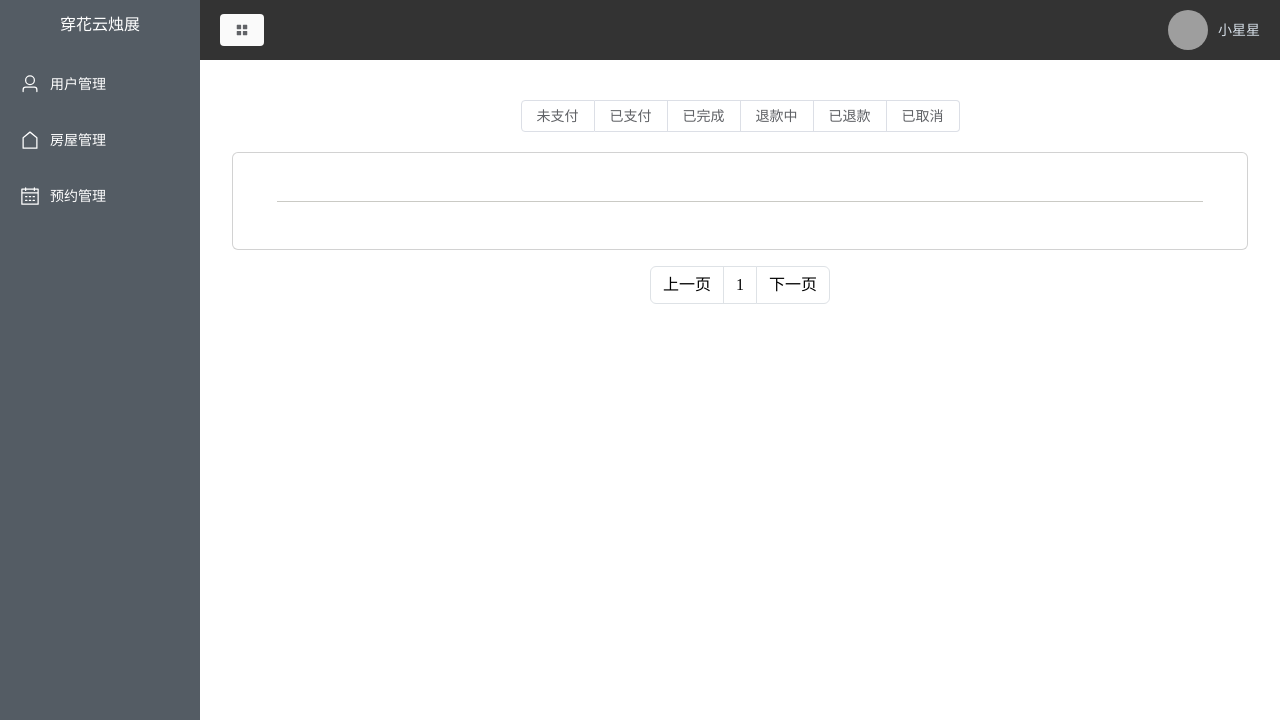
Repository: 3403784285-lucky/test-vue-big
Page: /manage/preview
The author's editor kept a copy of each file at every save. The page is drawn from the files as they stood at one save, then again after the next save.
The browser window is 1280 px wide. The pictures show the whole page.
Pictures or frames that could not be fetched are drawn as grey boxes. The page's requests for data from a server got no answer. The project was rebuilt for these pictures with package versions that can differ from the ones it lists, and the page was loaded fresh each time. No one was signed in, and anything a server would have sent is missing. Also part of the build but not shown: vite.config.js, src/components/HelloWorld.vue, src/components/WelcomeItem.vue, src/components/icons/IconDocumentation.vue, src/components/icons/IconTooling.vue, src/components/icons/IconEcosystem.vue, src/components/icons/IconCommunity.vue, src/components/icons/IconSupport.vue and 2 more. Imported but missing from the stored project, and not drawn on this page: src/views/user/UserPassword.vue.

Above is the page before, as saved 2024-06-22 11:23:19.

### src/main.js
/*
 * @Author: 3403784285-lucky 147294730+3403784285-lucky@users.noreply.github.com
 * @Date: 2023-11-22 15:07:09
 * @LastEditors: 3403784285-lucky 147294730+3403784285-lucky@users.noreply.github.com
 * @LastEditTime: 2023-12-07 16:18:51
 * @FilePath: \test-vue-big\src\main.js
 * @Description: 这是默认设置,请设置`customMade`, 打开koroFileHeader查看配置 进行设置: https://github.com/OBKoro1/koro1FileHeader/wiki/%E9%85%8D%E7%BD%AE
 */
import { createApp } from 'vue'
import pinia from './stores'
import App from './App.vue'
import router from './router'
import '@/assets/main.scss'
import 'jquery/dist/jquery.min'
import 'bootstrap/dist/css/bootstrap.css'
import 'bootstrap/dist/js/bootstrap'
import 'bootstrap/dist/js/bootstrap.bundle.min' // 注意这里使用了 bundle 版本，它包含了 Popper.js
import '@/assets/font/iconfont.css'

import ElementPlus from 'element-plus'//引入Element Plus库，用于创建UI界面
import 'element-plus/dist/index.css'//引入Element Plus库的CSS样式表
const app = createApp(App)
//带有凭证，跨域操作
// axios.defaults.withCredentials = true
app.use(pinia)
app.use(router)

app.use(ElementPlus);
app.mount('#app')

import * as ELIcons from '@element-plus/icons-vue'
// 全局导入element plus图标
for (let iconName in ELIcons) {
    app.component(iconName, ELIcons[iconName])
}

### src/stores/index.js
//pinia独立维护

import { createPinia } from 'pinia'
import { defineStore } from 'pinia';

import persist from 'pinia-plugin-persistedstate'
const pinia = createPinia()

pinia.use(persist)
//统一导出
export default pinia
export * from './modules/user'
export * from './modules/counter'

export * from './modules/time'
export const useButtonStore = defineStore('button', {
    state: () => ({
        fromButton: false
    }),
    actions: {
        setFromButton(value) {
            this.fromButton = value;
        }
    }
});

### src/App.vue
<script setup>


</script>

<template>
  <router-view ></router-view>
</template>

<style scoped>

*{
  padding: 0;
  margin: 0;
}


</style>
<!-- "lint-staged": {
       "*.{js,ts,vue}": [
         "eslint --fix"
       ]
     } -->

### src/assets/main.scss
body{
    margin: 0;
    background-color: #f5f5f5;
}
// fade-slide

### src/assets/font/iconfont.css
@font-face {
  font-family: "iconfont"; /* Project id 4248113 */
  src: url('iconfont.woff2?t=1702733858370') format('woff2'),
       url('iconfont.woff?t=1702733858370') format('woff'),
       url('iconfont.ttf?t=1702733858370') format('truetype');
}

.iconfont {
  font-family: "iconfont" !important;
  font-size: 16px;
  font-style: normal;
  -webkit-font-smoothing: antialiased;
  -moz-osx-font-smoothing: grayscale;
}

.icon-shouye:before {
  content: "\e614";
}

.icon-weizhi:before {
  content: "\e615";
}

.icon-jinggao:before {
  content: "\e627";
}

.icon-yishoucang:before {
  content: "\e622";
}

.icon-shangchuangequ:before {
  content: "\e62e";
}

.icon-yunxiazai:before {
  content: "\e601";
}

.icon-shoucang1:before {
  content: "\e602";
}

.icon-xiazai2:before {
  content: "\e667";
}

.icon-xiazai1:before {
  content: "\e635";
}

.icon-chuangjiangedan:before {
  content: "\e613";
}

.icon-shouqipinglun:before {
  content: "\e6a2";
}

.icon-fanhui:before {
  content: "\e71e";
}

.icon-OTCrenzheng:before {
  content: "\e641";
}

.icon-xinzeng:before {
  content: "\e616";
}

.icon-gedanbiaoqian:before {
  content: "\e6b9";
}

.icon-svg_nav_Like_press:before {
  content: "\e612";
}

.icon-bianji:before {
  content: "\e600";
}

.icon-shoucang:before {
  content: "\e611";
}

.icon-peach-flower:before {
  content: "\e674";
}

.icon-bofangqi-bofang:before {
  content: "\e6a4";
}

.icon-huifu:before {
  content: "\e625";
}

.icon-xunhuanbofang:before {
  content: "\e6cc";
}

.icon-jingyin:before {
  content: "\e6e5";
}

.icon-ks3_music:before {
  content: "\e662";
}

.icon-nansheng:before {
  content: "\e64a";
}

.icon-nvsheng:before {
  content: "\e64b";
}

.icon-shangyiyehoutuifanhui-xianxingyuankuang:before {
  content: "\e8ef";
}

.icon-xiayiyeqianjinchakangengduo-xianxingyuankuang:before {
  content: "\e8f0";
}

.icon-002jingyin:before {
  content: "\e675";
}

.icon-yinliang:before {
  content: "\e63c";
}

.icon-jushoucang:before {
  content: "\e643";
}

.icon-zanting:before {
  content: "\e618";
}

.icon-shangyishou-yuanshijituantubiao:before {
  content: "\e62c";
}

.icon-xiayishou-yuanshijituantubiao:before {
  content: "\e62d";
}

.icon-suspend:before {
  content: "\e67d";
}

.icon-bianzu03_x:before {
  content: "\e6f2";
}

.icon-bofang-xunhuanbofang:before {
  content: "\e68d";
}

.icon-icon-spring-pink:before {
  content: "\e725";
}

.icon-sousuo:before {
  content: "\e651";
}

.icon-remen:before {
  content: "\e8f4";
}

.icon-yinleliebiao:before {
  content: "\e67c";
}

.icon-kekeaiaixiaopenzai-:before {
  content: "\e60c";
}

.icon-ego-favorite:before {
  content: "\e610";
}

.icon-xiazai:before {
  content: "\e60e";
}

.icon-xihuan:before {
  content: "\e61d";
}

### src/stores/modules/user.js
import { defineStore } from 'pinia'
import { ref } from 'vue'

// 用户模块  token setToken removeToken

export const useUserStore = defineStore(
    'big-user',
    () => {
        const token = ref('')
        const userId = ref('0')
        const email = ref('')
        const name = ref('')
        const pic = ref('')

        const setToken = (newValue) => {
            token.value = newValue
        }

        const removeToken = () => {
            token.value = ''
        }

        const updateUserInfo = (newUserInfo) => {
            if (newUserInfo.userId !== undefined) {
                userId.value = newUserInfo.userId
            }
            if (newUserInfo.email !== undefined) {
                email.value = newUserInfo.email
            }
            if (newUserInfo.name !== undefined) {
                name.value = newUserInfo.name
            }
            if (newUserInfo.pic !== undefined) {
                pic.value = newUserInfo.pic
            }
        }

        return {
            token,
            userId,
            email,
            name,
            pic,
            setToken,
            removeToken,
            updateUserInfo
        }
    },
    {
        persist: true
    }
)

### src/stores/modules/counter.js
import { defineStore } from 'pinia'
import { ref } from 'vue'

//数字计数器模块

export const useCountStore = defineStore(
  'big-count',
  () => {
    const count = ref(60)
    const sub = () => {
      count.value--
    }
    return {
      count,
      sub
    }
  },
  {
    persist: {
      enabled: true,
      key: 'tempCount',
      storage: sessionStorage
    }
  }
)

### src/stores/modules/time.js
import { defineStore } from 'pinia'
import { ref } from 'vue'

//数字计数器模块

export const useTimeStore = defineStore(
  'temporary',
  () => {
    const house = ref({})
    const order = ref({})
    const finish = ref('')
    const cancel = ref('')
    const loading= ref(false)
    const refresh=ref(false)


    const activeTab = ref('待支付')
    return {
      house,
      order,
      activeTab,
      finish,
      loading,
      cancel,
      refresh
    }
  },
  {
    persist: {
      enabled: true,
      key: 'temp',
      storage: sessionStorage
    }
  }
)

### src/views/layout/ManagerLayout.vue
<template>
  <el-container>
    <el-aside width=auto>
      <CommonAside />
    </el-aside>
    <el-container>
      <el-header class="el-header"><CommonHeader /></el-header>
      <el-main>
        <router-view></router-view>
      </el-main>
    </el-container>
  </el-container>
</template>
<script setup>
import CommonAside from "@/views/menu/CommonAside.vue";
import CommonHeader from "@/views/menu/CommonHeader.vue";
</script>


<style lang="less" scoped>
.el-header{
  padding: 0px;
}
</style>

### src/views/back/PreviewManage.vue
<template>
  <div class="container">
  <div style="margin-top: 20px;margin-bottom: 20px; display: flex;justify-content: center;">
    <el-radio-group v-model="radio2" fill="black" @change="changeSelect">
      <el-radio-button label="未支付" value="0" />
      <el-radio-button label="已支付" value="1" />
      <el-radio-button label="已完成" value="2" />
      <el-radio-button label="退款中" value="-2" />
      <el-radio-button label="已退款" value="-3" />
      <el-radio-button label="已取消" value="-1" />

    </el-radio-group>
  </div>
    <div class="card manage-frame">
      <div class="container">
        <div class="row">
          <div class="col-md-2"></div>
        </div>

        <div class="split"></div>

        <div class="row" v-for="preview in previews" :key="preview.orderSkuId">
          <div class="img-frame col-md-1">
            <img class="img-fluid" :src="preview.housePic" alt="用户头像" />
          </div>
          <div class="name col-md-2">小星星{{ preview.userId }}</div>
          <div class="col-md-6 des-manage">
            {{ preview.description }}
          </div>
          <div class="col-md-1">
            <button
              type="button"
              class="down rounded-2"
              data-bs-toggle="modal"
              data-bs-target="#exampleModal"
              @click="getValue(preview)"
            >
              {{ changeName(preview.orderStatus) }}
            </button>
          </div>
          <div class="col-md-1">
            <button type="button" class="agree rounded-2">指派</button>
          </div>
          <div class="split"></div>
        </div>
      </div>
    </div>
    <nav aria-label="Page navigation example" class="test">
      <ul class="pagination justify-content-center">
        <li class="page-item">
          <a
            class="page-link"
            href="#"
            tabindex="-1"
            aria-disabled="true"
            @click="prePage"
            >上一页</a
          >
        </li>

        <li class="page-item">
          <a class="page-link" href="#">{{ page }}</a>
        </li>

        <li class="page-item">
          <a class="page-link" href="#" @click="nextPage">下一页</a>
        </li>
      </ul>
    </nav>
  </div>
  <div
    class="modal fade"
    id="exampleModal"
    tabindex="-1"
    aria-labelledby="exampleModalLabel"
    aria-hidden="true"
  >
    <div class="modal-dialog about-return">
      <div class="modal-content">
        <div class="modal-header">
          <h5 class="modal-title" id="exampleModalLabel">提示</h5>
          <button
            type="button"
            class="btn-close"
            data-bs-dismiss="modal"
            aria-label="Close"
          ></button>
        </div>
        <div class="modal-body">
          {{ changeContent(temp) }}
        </div>
        <div class="modal-footer">
          <button
            type="button"
            class="btn btn-secondary cancel"
            data-bs-dismiss="modal"
          >
            取消
          </button>
          <button
            type="button"
            class="btn bg-dark text-white"
            @click="dealWithPreview(temp)"
          >
            确定
          </button>
        </div>
      </div>
    </div>
  </div>
</template>

<script setup>
import { ref, onUnmounted } from 'vue'
import { useRouter } from 'vue-router'
import { useTimeStore } from '@/stores/index'
import $ from 'jquery'

import {
  clarifyOrderService,
  previewReturnService,
  houseCertainService
} from '@/api/house'




const radio2 = ref('New York')
const router = useRouter()
let previews = ref()
let timeStore = useTimeStore()
const temp = ref({
  orderSkuId: null,
  userId: null,
  orderSpuId: null,
  orderCreateTime: null,
  orderStatus: null,
  orderBadTime: null,
  orderEndTime: null,
  description: null,
  skuId: null,
  totalPrice: null
})
const page = ref(1)
const totalPage = ref()

const changeSelect=async(e)=>{

  if(e=="未支付"){
    const res=await clarifyOrderService(page.value,5,0)
    previews.value=res.data.data.records[0].orderSkus
  totalPage.value = res.data.data.pages


  }
  else if(e=="已支付"){
    const res=await clarifyOrderService(page.value,4,1)
    previews.value=res.data.data.records[0].orderSkus
  totalPage.value = res.data.data.pages




  }
  else if(e=="已取消"){
    const res=await clarifyOrderService(page.value,4,-1)
    previews.value=res.data.data.records[0].orderSkus
  totalPage.value = res.data.data.pages



  }
  else if(e=="已退款"){
    const res=await clarifyOrderService(page.value,4,-3)
    previews.value=res.data.data.records[0].orderSkus
  totalPage.value = res.data.data.pages



  }
  else if(e=="退款中"){
    const res=await clarifyOrderService(page.value,4,-3)
    previews.value=res.data.data.records[0].orderSkus
  totalPage.value = res.data.data.pages



  }else if(e=="已完成"){
    const res=await clarifyOrderService(page.value,4,2)
    previews.value=res.data.data.records[0].orderSkus
  totalPage.value = res.data.data.pages



  }

}

const getValue = (preview) => {
  temp.value = preview
  console.log('点击了')
}

const dealWithPreview = (preview) => {
  if (preview.orderStatus == -2) {
    agreeReturn(preview)
    preview.orderStatus = '-3'
    $('.cancel')[0].click()
  } else {
    seeHouse(preview)
  }
}

const init = async () => {
  const res = await clarifyOrderService(page.value,5,2)
  console.log(res.data.data)
   previews.value = res.data.data.records[0].orderSkus
  totalPage.value = res.data.data.pages
}
const changeName = (status) => {
  if (status == -2) {
    return '退款'
  } else {
    return '查看'
  }
}
const changeContent = (preview) => {
  console.log(preview.orderStatus)
  if (preview.orderStatus == -2) {
    return '您确定要同意该订单的退款吗'
  } else {
    return '您即将跳转到房屋详情页面，要继续操作吗？'
  }
}
onUnmounted(() => {
  $('.modal-backdrop').remove()
  $('body').removeClass('modal-open')
})
init()
//上一页
const prePage = () => {
  console.log('上一页')
  if (page.value != 1) {
    page.value--
    init()
  }
}
//同意退款
const agreeReturn = async (preview) => {
  await previewReturnService(preview)

  ElMessage.success('退款成功')
}
const seeHouse = async (preview) => {
  const res = await houseCertainService(preview)
  console.log(res.data)
  timeStore.house = res.data.data
  router.push('/house/channel')
}

//下一页
const nextPage = () => {
  console.log('下一页')
  if (page.value != totalPage.value) {
    page.value++
    init()
  }
}
</script>
<style scoped>
.manage-frame {
  padding: 2rem;

}
.test {
  margin-top: 1rem;
  font-family: 'YouYuan';
}
.page-link {
  color: black;
}
.name {
  font-size: 0.9rem;
  font-family: 'YouYuan';
}
.freeze {
  width: 4rem;
  height: 2rem;
  font-size: 0.7rem;
  background-color: rgb(201, 105, 105);
  color: white;
  border: 0;
  outline: none;
}
.down {
  width: 3rem;
  height: 1.5rem;
  font-size: 0.7rem;
  background-color: rgb(201, 105, 105);
  color: white;
  border: 0;
  outline: none;
}

.agree {
  width: 3rem;
  height: 1.5rem;
  font-size: 0.7rem;
  background-color: rgb(73, 211, 156);
  color: white;
  border: 0;
  outline: none;
}
.split {
  height: 0.02rem;
  background-color: rgb(202, 202, 197);
  width: 100%;
  margin-top: 1rem;
  margin-bottom: 1rem;
}
.des-manage {
  font-size: 0.7rem;
  color: rgb(150, 155, 160);
}
</style>

### src/views/menu/CommonAside.vue
<template>
  <el-menu default-active="1-4-1" class="el-menu-vertical-demo" @open="handleOpen" @close="handleClose"
           :collapse="isCollapse" background-color="#545c64" text-color="#fff" active-text-color="#ffd04b">
    <!-- 要放到导航栏里面 -->
    <h3>{{ isCollapse ? "后台" : "穿花云烛展" }}</h3>
    <!-- 观察数据,我们发现name是唯一标识 -->
    <!-- 查看文档,index是唯一标识 -->
    <el-menu-item @click="clickItem(item)" v-for="item in noChildren" :key="item.name" :index="item.name">
      <!-- 直接使用图标组件 -->
      <component :is="item.icon" class="menu-icon" />
      <span slot="title">{{ item.label }}</span>
    </el-menu-item>
  </el-menu>
</template>

<script setup>
import { computed } from 'vue';
import { useRouter, useRoute } from 'vue-router';
import { useMenuStore } from '@/stores/modules/menuStore'; // 引入 Pinia Store
import {
  House,
  User,
  Calendar
} from '@element-plus/icons-vue';

const icons = {
  House,
  User,
  Calendar
};

const MenuData = [
  {
    name: 'userManagement',
    label: '用户管理',
    icon: User,
    path: '/manage/user',
    url: '/manage/user'
  },
  {
    name: 'houseManagement',
    label: '房屋管理',
    icon: House,
    path: '/manage/house',
    url: '/manage/house'
  },
  {
    name: 'previewManagement',
    label: '预约管理',
    icon: Calendar,
    path: '/manage/preview',
    url: '/manage/preview'
  }
];

// 动态解析图标组件
const resolveIconComponent = (iconName) => {
  return icons[iconName] || null;
};

// 使用 Pinia Store
const menuStore = useMenuStore();

// 获取折叠状态
const isCollapse = computed(() => menuStore.isCollapse);

// 获取路由实例
const router = useRouter();
const route = useRoute();

// 处理菜单项点击事件，导航到指定路径
const clickItem = (item) => {
  // 防止重复点击同一路径报错
  if (route.path !== item.path && !(route.path === '/manager-layout' && item.path === '/manage/user')) {
    router.push(item.path);
  }
};

// 处理菜单打开事件
const handleOpen = (key, keyPath) => {
  console.log('打开菜单:', key, keyPath);
};

// 处理菜单关闭事件
const handleClose = (key, keyPath) => {
  console.log('关闭菜单:', key, keyPath);
};

// 计算属性，过滤没有子菜单的菜单项
const noChildren = computed(() => {
  return MenuData.filter(item => !item.children);
});

// 计算属性，过滤有子菜单的菜单项
const hasChildren = computed(() => {
  return MenuData.filter(item => item.children);
});
</script>

<style scoped>
.el-menu-vertical-demo:not(.el-menu--collapse) {
  width: 200px;
  min-height: 400px;
}

.el-menu {
  height: 100vh;
  border-right: none;

  h3 {
    text-align: center;
    line-height: 48px;
    color: #fff;
    font-size: 16px;
    font-weight: 400;
  }
}

.menu-icon {
  margin-right: 10px;
  font-size: 20px; /* 调整图标大小 */
  width: 1em;
  height: 1em;
  display: inline-flex;
  align-items: center;
  justify-content: center;
}
</style>

### src/views/menu/CommonHeader.vue
<template>
  <div class="header-container">
    <div class="l-content">
      <el-button @click="handleMenu" size="mini" class="custom-button">
        <el-icon><Menu /></el-icon>
      </el-button>
    </div>
    <div class="r-content">
      <el-dropdown>
        <span class="el-dropdown-link" @click.stop>
          <img class="user" src="https://tse3-mm.cn.bing.net/th/id/OIP-C.XnNffgb1NFyj1bxHEXyzsQAAAA?w=210&h=210&c=7&r=0&o=5&dpr=2&pid=1.7" alt="头像">
          <span class="username">小星星</span>
        </span>
        <template #dropdown>
          <el-dropdown-menu>
            <el-dropdown-item>个人信息</el-dropdown-item>
            <el-dropdown-item>退出</el-dropdown-item>
          </el-dropdown-menu>
        </template>
      </el-dropdown>
    </div>
  </div>
</template>

<script setup>
import { Menu } from '@element-plus/icons-vue';
import { useMenuStore } from '@/stores/modules/menuStore'; // 引入 Pinia Store

const menuStore = useMenuStore(); // 使用 Pinia Store

const handleMenu = () => {
  menuStore.toggleCollapse(); // 调用 Pinia Store 的方法
};
</script>

<style lang="less" scoped>
.header-container {
  background-color: #333;
  height: 60px;

  // 让按钮和头像居中
  display: flex;
  justify-content: space-between;
  align-items: center;
  // 不要紧贴边框
  padding: 0 20px;

  .el-dropdown-link {
    display: flex;
    align-items: center;
    cursor: pointer;
    color: #d5dee7;

    .user {
      width: 40px;
      height: 40px;
      // 50%变圆形
      border-radius: 50%;
    }

    .username {
      margin-left: 10px;
      color: #d5dee7;
    }
  }
}

/* 自定义按钮样式 */
.custom-button {
  background-color: #fafafa; /* 默认背景色 */
  color: #616367; /* 默认文字颜色 */
  border: none; /* 无边框 */
}

.custom-button:hover {
  background-color: #616367; /* 悬停背景色 */
  color: #fff; /* 悬停文字颜色 */
}

.custom-button:active {
  background-color: #616367; /* 悬停背景色 */
  color: #fff; /* 悬停文字颜色 */
}
</style>

### src/utils/request.js
import { useUserStore } from '@/stores'
import { ElMessage } from 'element-plus'
import router from '@/router'
import axios from 'axios'

const baseURL = 'http://localhost:8080'

const instance = axios.create({
    baseURL,
    timeout: 60000
    //   headers: { 'X-Custom-Header': 'foobar' }
})

// 添加请求拦截器
axios.interceptors.request.use(
    (config) => {
        // 在发送请求之前做些什么
        const useStore = useUserStore()
        if (useStore.token) {
            config.headers.Authorization = useStore.token
        }
        return config
    },
    function (error) {
        // 处理请求错误
        return Promise.reject(error)
    }
)

// 添加响应拦截器
axios.interceptors.response.use(
    function (response) {
        // 2xx 状态码都会触发此函数
        // 处理响应数据
        if (
            response.data.code === 0 ||
            response.data.code == 506 ||
            response.data.code == 503
        ) {
            return response
        }
        ElMessage.error(response.data.message || '服务异常')
        return Promise.reject(response.data)
    },
    function (error) {
        // 处理响应错误
        // 特殊情况 401 未授权或者token过期=>跳转到登录页
        if (error.response?.status === 401) {
            router.push('/login')
        }
        // 默认情况下的错误处理
        ElMessage.error(error.response.data.message || '服务异常')
        return Promise.reject(error)
    }
)

export default instance
export { baseURL }

### src/stores/modules/menuStore.js
import { defineStore } from 'pinia';

export const useMenuStore = defineStore('menu', {
    state: () => ({
        isCollapse: false, // 导航栏是否折叠
    }),
    actions: {
        // 切换导航栏展开和收起的方法
        toggleCollapse() {
            this.isCollapse = !this.isCollapse;
        }
    }
});

Loaded but not shown: index.html (common file); src/router/index.js (172 lines, source omitted); src/api/house.js (249 lines, source omitted)

After the next save:
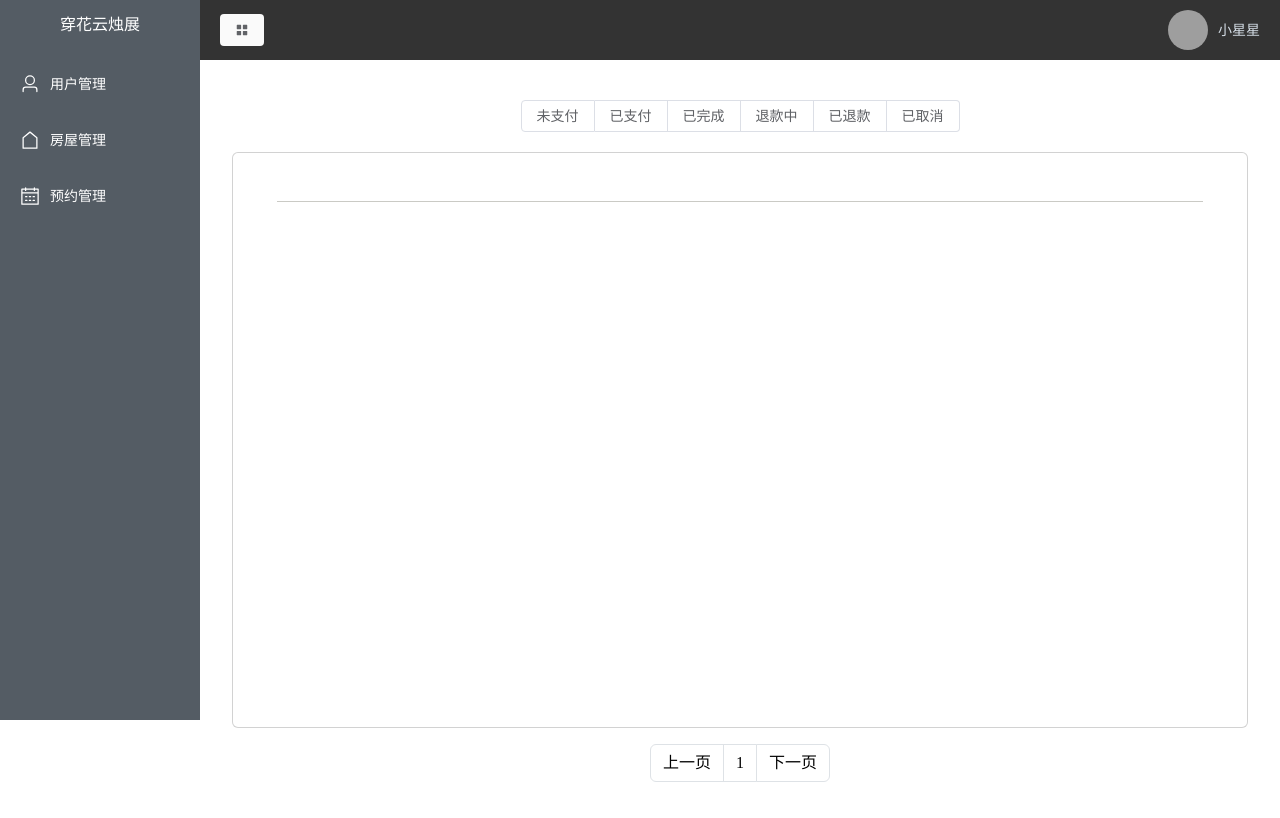
Saved 41 s later.
--- a/src/views/back/PreviewManage.vue
+++ b/src/views/back/PreviewManage.vue
@@ -270,6 +270,7 @@ const nextPage = () => {
 <style scoped>
 .manage-frame {
   padding: 2rem;
+  height: 80vh;
 
 }
 .test {
